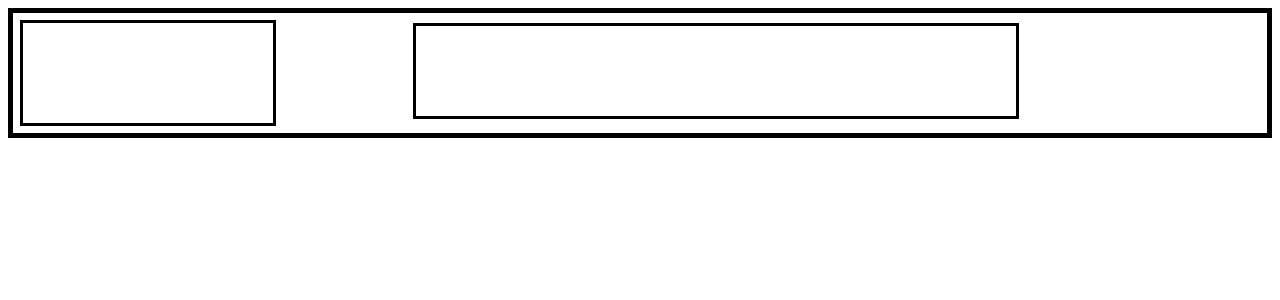
Repository: cartervandekamp/htmlstructure.mdia2003
Page: htmlstructure-psd/index.html
These files come from the project's save history. The page is drawn as it stood at one moment and after the next save; the edit follows.
The browser window is 1280 px wide. The pictures show the whole page.

Above is the page before, as saved 2023-01-16 18:04:22.

### htmlstructure-psd/index.html
<!DOCTYPE html>
<html lang="en">
<head>
    <title>Document</title>
    <link rel="stylesheet" href="style.css">
</head>
<body>
    <div class="toprow">
        <div class="topleft"></div>
        <div class="topmiddle"></div>
        <div class="topright"></div>
    </div>
    <div class="thinbar"></div>
    <div class="secondrow">
        <div class="secondleft"></div>
        <div class="secondmiddle"></div>
        <div class="secondright"></div>
    </div>
    <div class="middlecontent">
        <div class="middleleftone">
            <div class="titletextone"></div>
            <div class="bodytextone"></div>
            <div class="footerone"></div>
        </div>
        <div class="middlelefttwo">
            <div class="titletexttwo"></div>
            <div class="bodytexttwo"></div>
            <div class="footertwo"></div>
        </div>
    </div>
    <div class="middlerightone"></div>
    <div class="middlerighttwo"></div>
    <div class="middlerightthree"></div>
    <div class="middletextfour"></div>
<div class="footer">
    <div class="footertitle"></div>
    <div class="footercontent">
        <div class="footercontentone"></div>
        <div class="footercontenttwo"></div>
        <div class="footercontentthree"></div>
        <div class="footercontentfour"></div>
    </div>
    <div class="footerbottom"></div>
</div>

</body>
</html>

### htmlstructure-psd/style.css
body {
    border-style: solid;
    border-color: black;
    border-width: 2px;
}

.toprow {
    height: 120px;
    border-style: solid;
    border-color: black;
}

.topleft {
    height: 100px;
    width: 250px;
    margin: 7px;
    border-style: solid;
    border-color: black;
}

.topmiddle {
    height: 90px;
    width: 600px;
    border-style: solid;
    border-color: black;
    align-items: center;
    margin-left: 400px;
    margin-top: -110px;
}

After the next save:
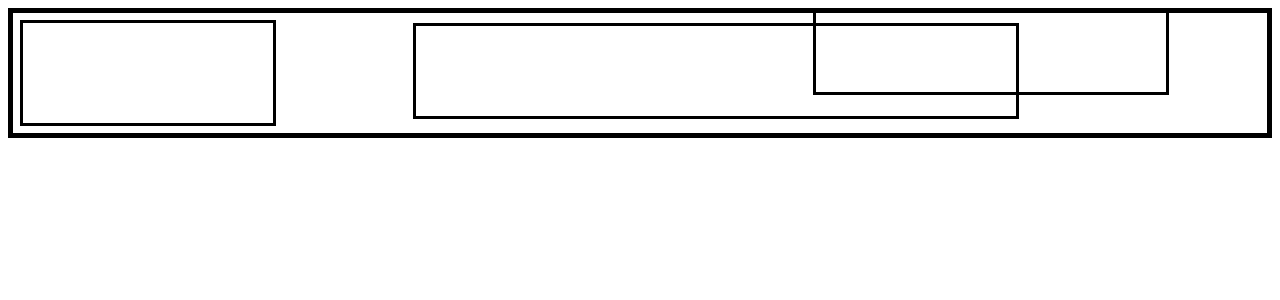
Saved 2 min 8 s later.
--- a/htmlstructure-psd/style.css
+++ b/htmlstructure-psd/style.css
@@ -27,3 +27,13 @@ body {
     margin-left: 400px;
     margin-top: -110px;
 }
+
+.topright {
+    height: 80px;
+    width: 350px;
+    border-style: solid;
+    border-color: black;
+    align-items: center;
+    margin-left: 800px;
+    margin-top: -110px;
+}
